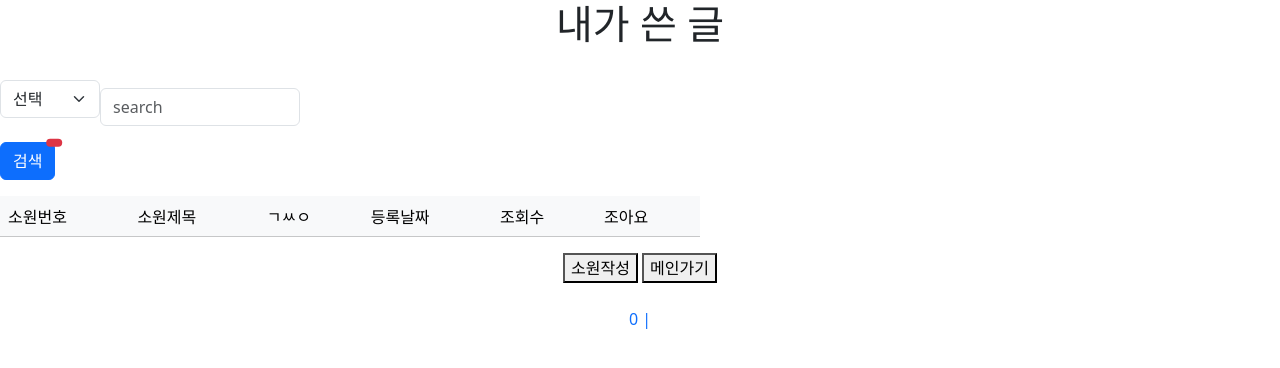
Repository: sujeong1799/JSP
Page: http://localhost/java_study/board/list.jsp
An editor plug-in stored every save of this project. The page is shown before and after the next save, followed by the edit.
The browser window is 1280 px wide. The pictures show the whole page.
The page is served by Tomcat 9. The template is opened directly, without the code that normally fills it, so the values that code supplies are empty.

Above is the page before, as saved 2023-05-24 07:07:46.

After the next save:
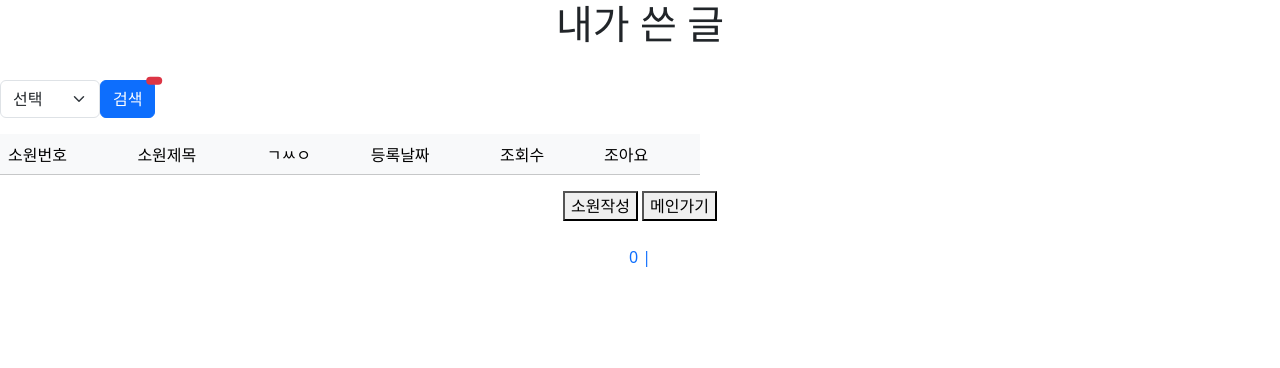
Saved 32 s later.
--- a/jsp_project3-1/java_study/src/main/webapp/board/list.jsp
+++ b/jsp_project3-1/java_study/src/main/webapp/board/list.jsp
@@ -31,15 +31,8 @@
 			</select>
 		</div>
 			<!-- <input type="text" name="keyword" placeholder="search"> -->
-			<div style="width: 200px; display: flex">
-			<div class="mb-3" >
-				<label for="formGroupExampleInput" class="form-label"></label>
-				<input type="text" class="form-control"
-					id="formGroupExampleInput" placeholder="search">
-			</div>
 			<input type="hidden" name="pageNo" value="${pgh.pgvo.pageNo }">
 			<input type="hidden" name="qty" value="${pgh.pgvo.qty }">
-			</div>
 			<!-- <button type="submit" class="btn btn-success">Search</button> -->
 			<button type="submit" class="btn btn-primary position-relative">
 			검색
